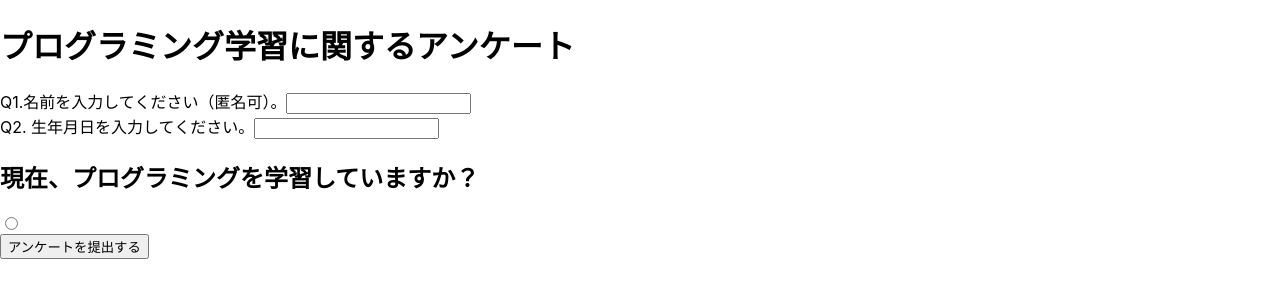
Repository: osho210/quetionnaire
Page: /
These files come from the project's save history. The page is drawn as it stood at one moment and after the next save; the edit follows.
The browser window is 1280 px wide. The pictures show the whole page.
The project was rebuilt for these pictures with package versions that can differ from the ones it lists, and the page was loaded fresh each time. The framework's server and built-in components were replaced by stand-ins that run in the browser. Also part of the build but not shown: next.config.js.

Above is the page before, as saved 2022-08-15 18:07:47.

After the next save:
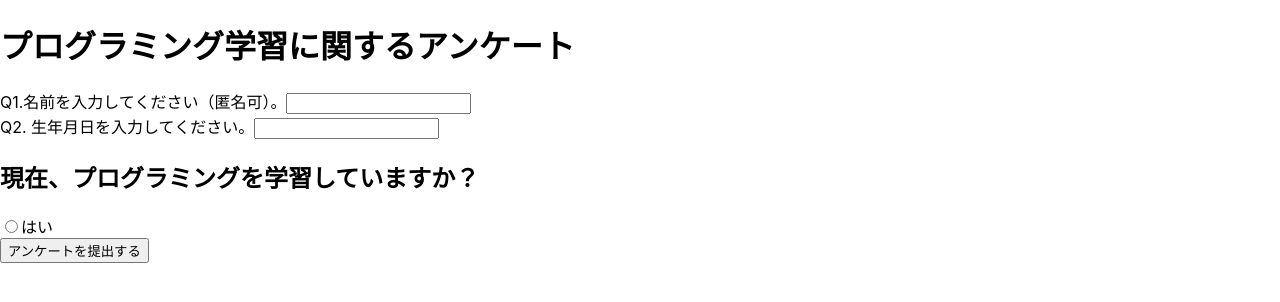
Saved 15 s later.
--- a/pages/index.js
+++ b/pages/index.js
@@ -27,7 +27,7 @@ export default function Home() {
             value="true"
             {...register('choise1', { required: true })}
           />
-          <label htmlFor="isLarning1" name="はい" />
+          <label htmlFor="isLarning1">はい</label>
         </div>
         <input type="submit" value="アンケートを提出する" />
       </form>
